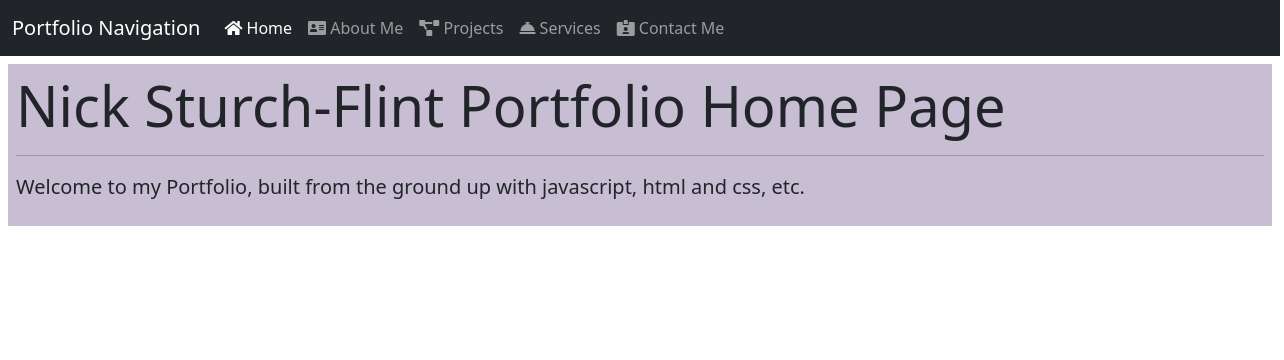
Repository: GarlicButterBoy/Portfolio
Page: index.html
The author's editor kept a copy of each file at every save. The page is drawn from the files as they stood at one save, then again after the next save.
The browser window is 1280 px wide. The page is 1284 px wide, so the pictures cover 1284 px, including what lies to the right of the window. The pictures show the whole page.

Above is the page before, as saved 2021-06-01 11:16:01.

After the next save:
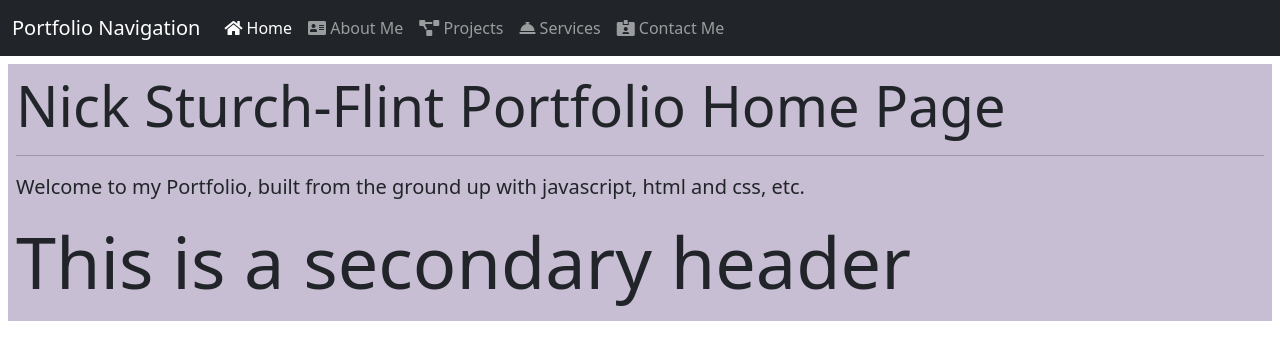
Saved 56 s later.
--- a/Scripts/app.js
+++ b/Scripts/app.js
@@ -14,6 +14,7 @@
         let h2 = document.createElement("h2");
         //add a class attribute
         h2.setAttribute("class", "display-2");
+        h2.textContent = "This is a secondary header";
         //append the new node
         contentArea.appendChild(h2);
 
